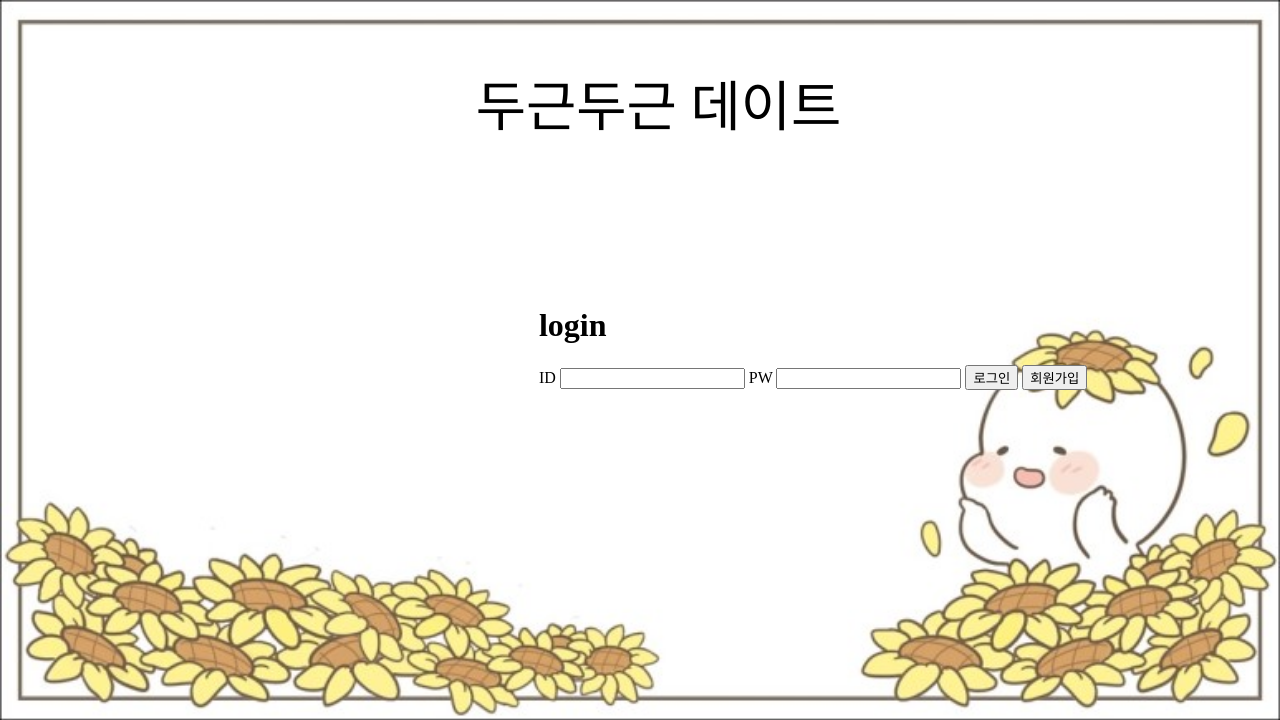
Repository: pinokio531/date_application
Page: http://localhost/doogeunDate/indexPage.jsp
These files come from the project's save history. The page is drawn as it stood at one moment and after the next save; the edit follows.
The browser window is 1280 px wide. The pictures show the whole page.
The page is served by Tomcat 9.

Above is the page before, as saved 2019-05-31 12:54:31.

After the next save:
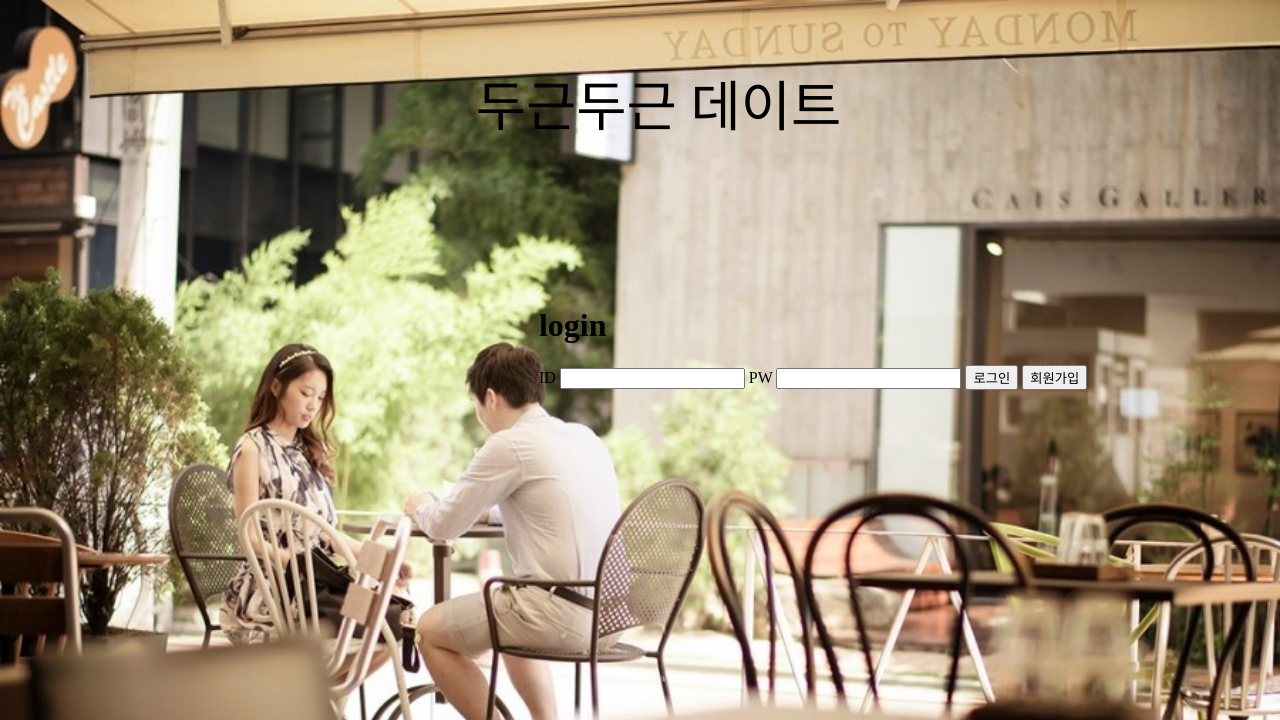
Saved 15 h 37 min later.
--- a/doogeunDate/WebContent/style/index.css
+++ b/doogeunDate/WebContent/style/index.css
@@ -1,5 +1,5 @@
 body{
-    background:url(../asset/ompang.jpg);
+    background:url(../asset/background.jpg);
     background-size: 100%;
 }
 
